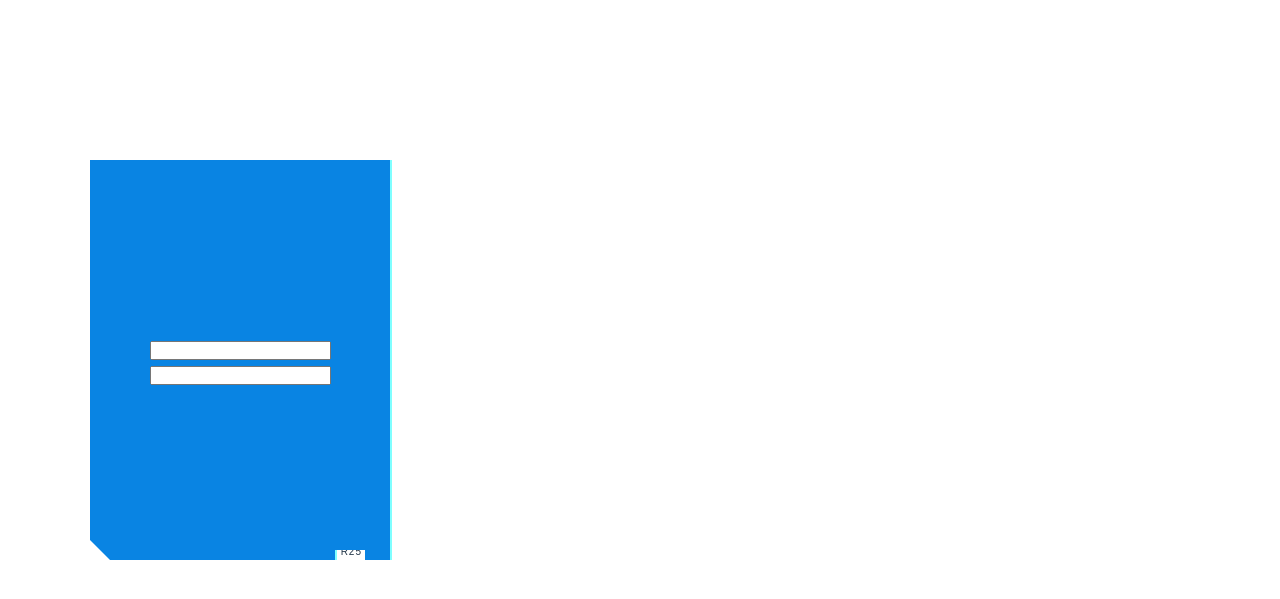
Repository: yezhonghu0503/brainstorming
Page: /
These files come from the project's save history. The page is drawn as it stood at one moment and after the next save; the edit follows.
The browser window is 1280 px wide. The pictures show the whole page.
The project was rebuilt for these pictures with package versions that can differ from the ones it lists, and the page was loaded fresh each time. Also part of the build but not shown: vite.config.ts.

Above is the page before, as saved 2022-10-11 16:51:09.

### src/main.ts
import { createApp } from 'vue'
import './style.css'
import App from './App.vue'
import router from './router'

const app = createApp(App);

app.use(router);
app.mount('#app');

### src/App.vue
<script setup lang="ts">
// This starter template is using Vue 3 <script setup> SFCs
// Check out https://vuejs.org/api/sfc-script-setup.html#script-setup
import {onMounted} from "vue"
onMounted(()=>{
  console.log("---Braninstorming v1.0 dev---")
})
</script>

<template>
  <router-view />
</template>

<style scoped>
body {
  background: #f6f6f6;
}
#app {
  font-family: Avenir, Helvetica, Arial, sans-serif;
  -webkit-font-smoothing: antialiased;
  -moz-osx-font-smoothing: grayscale;
  text-align: center;
  color: #2c3e50;
  overflow-x: hidden;
  padding-bottom: 15px;
  /* margin-top: 60px; */
}
</style>

### src/router/index.ts
import {createRouter,createWebHistory,createWebHashHistory,RouteRecordRaw} from "vue-router"
import { defineAsyncComponent } from "vue";

const history = createWebHashHistory();
const routes: Array<RouteRecordRaw> = [
    {
        path:'/',
        name:'login',
        component: ()=> import(`../views/login/index.vue`),
        meta:{
            title:"登录"
        }
    }
]
const router = createRouter({
    history:history,
    routes:routes
})
//路由守卫
router.beforeEach((to, from, next) => {
    // to and from are both route objects. must call `next`.
    if(to.meta.title){
        document.title = `${to.meta.title}`;
    }
    next();
})
router.afterEach((to, from) => {
    // to and from are both route objects.
})

export default router;

### src/views/login/index.vue
<script lang="ts">
import cyberpunk from "./2077win/index.vue"
export default {
    components:{
        cyberpunk
    },
  setup() {
    return {
        cyberpunk
    }
  },
};
</script>

<template>
<cyberpunk class="cyberpunk" />
</template>

<style>
body{
  background-repeat: no-repeat;
  background-size: 100% 100%;
  box-sizing: border-box;
  padding: 0;
  margin: 0;
  font-family: BlenderProBold, "PingFang SC", "Microsoft Yahei", sans-serif;
}
.cyberpunk{
    position: relative;
    right:400px;
}
</style>

### src/views/login/2077win/index.vue
<script lang="ts">

let formdata = new FormData();
export default {
  setup() {},
};
</script>

<template>

    <div class="button">
      <div class="glitch"></div>
      <div class="text" data-text="登录">
        <input type="text" />
        <input type="text" />
      </div>
      <span class="platform">R25</span>
    </div>
</template>

<style>
* {
  box-sizing: border-box;
  padding: 0;
  margin: 0;
  font-family: BlenderProBold, "PingFang SC", "Microsoft Yahei", sans-serif;
}

.button {
  width: 300px;
  height: 400px;
  background: none;
  display: flex;
  align-items: center;
  justify-content: center;
  position: relative;
  cursor: pointer;
}

.button::after,
.button::before,
.glitch {
  content: "";
  display: block;
  position: absolute;
  top: 0;
  left: 0;
  width: 100%;
  height: 100%;
  clip-path: polygon(
    0 0,
    100% 0,
    100% 100%,
    calc(100% - 25px) 100%,
    calc(100% - 25px) calc(100% - 10px),
    calc(100% - 55px) calc(100% - 10px),
    calc(100% - 55px) 100%,
    20px 100%,
    0 calc(100% - 20px)
  );
}

.button::before {
  left: 2px;
  background: hsl(180, 100%, 50%, 50%);
}
.button::after {
  background: #0984e3;
}

.glitch {
  background: #0984e3;
  box-shadow: 0 0 0 1px hsl(180, 100%, 50%) inset;
  z-index: 10;
  opacity: 0;
}

.text {
  font-size: 24px;
  font-weight: 800;
  color: rgb(174, 174, 174);
  position: relative;
  z-index: 15;
}
.text::before {
  content: attr(data-text);
  position: absolute;
  display: block;
  top: 0;
  left: 0;
  text-shadow: 1px 1px hsl(180, 100%, 50%), -1px -2px hsl(50deg, 100%, 60%);
  opacity: 0;
}

.button:hover .glitch,
.button:hover .text::before {
  animation: glitch-effect 2s infinite;
  opacity: 1;
}

.platform {
  position: absolute;
  right: 28px;
  bottom: -4px;
  font-size: 10px;
  letter-spacing: 1px;
  font-weight: 500;
}

@keyframes glitch-effect {
  0% {
    clip-path: polygon(0 0, 100% 0, 100% 2%, 0 2%);
  }
  5% {
    clip-path: polygon(0 8%, 100% 8%, 100% 16%, 0 16%);
  }
  10% {
    clip-path: polygon(0 80%, 100% 80%, 100% 88%, 0 88%);
    transform: translate3d(-5px, 0, 0);
  }
  15% {
    clip-path: polygon(0 80%, 100% 80%, 100% 88%, 0 88%);
    transform: translate3d(5px, 0, 0);
  }
  16% {
    clip-path: polygon(0 80%, 100% 80%, 100% 88%, 0 88%);
    transform: translate3d(5px, 0, 0);
  }
  17% {
    clip-path: polygon(0 90%, 100% 90%, 100% 100%, 0 100%);
    transform: translate3d(5px, 0, 0);
  }
  18% {
    clip-path: polygon(0 0, 0 0, 0 0, 0 0);
  }
  20% {
    clip-path: polygon(0 30%, 100% 30%, 100% 65%, 0 65%);
  }
  25% {
    clip-path: polygon(0 30%, 100% 30%, 100% 65%, 0 65%);
    transform: translate3d(-5px, 0, 0);
  }
  28% {
    clip-path: polygon(0 30%, 100% 30%, 100% 65%, 0 65%);
    transform: translate3d(-5px, 0, 0);
  }
  29% {
    clip-path: polygon(0 30%, 100% 30%, 100% 65%, 0 65%);
    transform: translate3d(5px, 0, 0);
  }
  30% {
    clip-path: polygon(0 75%, 100% 75%, 100% 100%, 0 100%);
  }

  40% {
    clip-path: polygon(0 45%, 100% 45%, 100% 60%, 0 60%);
  }
  42% {
    clip-path: polygon(0 45%, 100% 45%, 100% 60%, 0 60%);
    transform: translate3d(-5px, 0, 0);
  }
  45% {
    clip-path: polygon(0 45%, 100% 45%, 100% 60%, 0 60%);
    transform: translate3d(5px, 0, 0);
  }
  48% {
    clip-path: polygon(0 45%, 100% 45%, 100% 60%, 0 60%);
    transform: translate3d(-5px, 0, 0);
  }
  50% {
    clip-path: polygon(0 0, 0 0, 0 0, 0 0);
  }
  60% {
    clip-path: polygon(0 100%, 100% 100%, 100% 100%, 0 100%);
  }
  100% {
    clip-path: polygon(0 100%, 100% 100%, 100% 100%, 0 100%);
    transform: translate3d(0, 0, 0);
  }
}
</style>

Loaded but not shown: index.html (common file); src/style.css (common file)

After the next save:
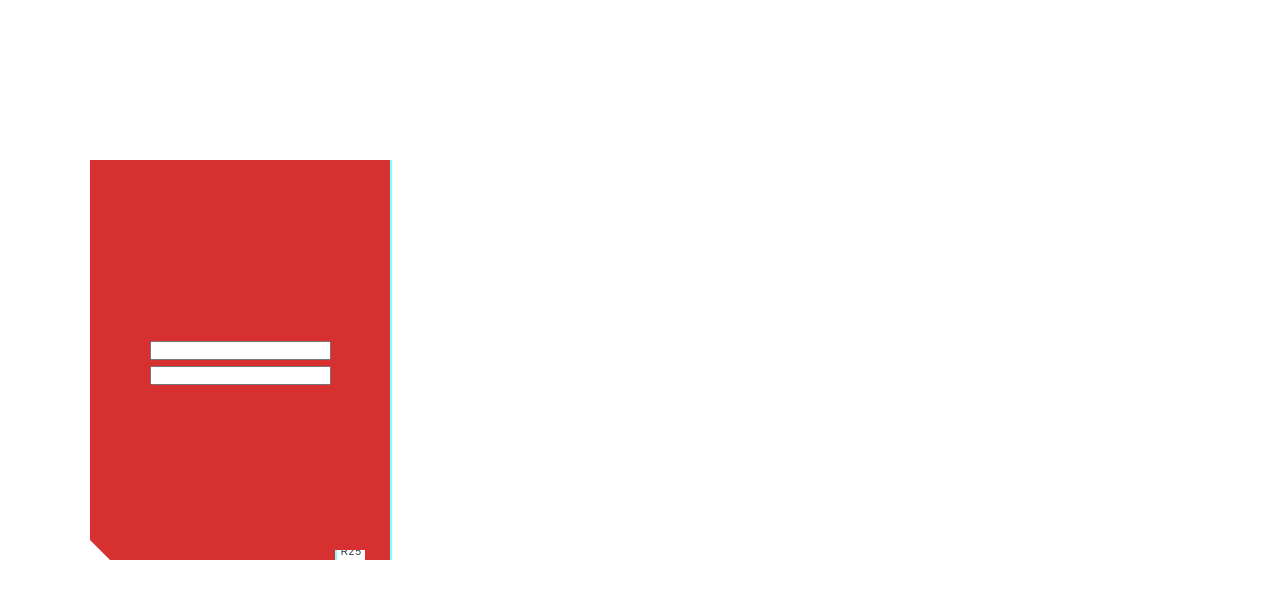
Saved 29 min 29 s later.
--- a/src/views/login/2077win/index.vue
+++ b/src/views/login/2077win/index.vue
@@ -65,11 +65,11 @@
   background: hsl(180, 100%, 50%, 50%);
 }
 .button::after {
-  background: #0984e3;
+  background: #d63031;
 }
 
 .glitch {
-  background: #0984e3;
+  background: #d63031;
   box-shadow: 0 0 0 1px hsl(180, 100%, 50%) inset;
   z-index: 10;
   opacity: 0;
